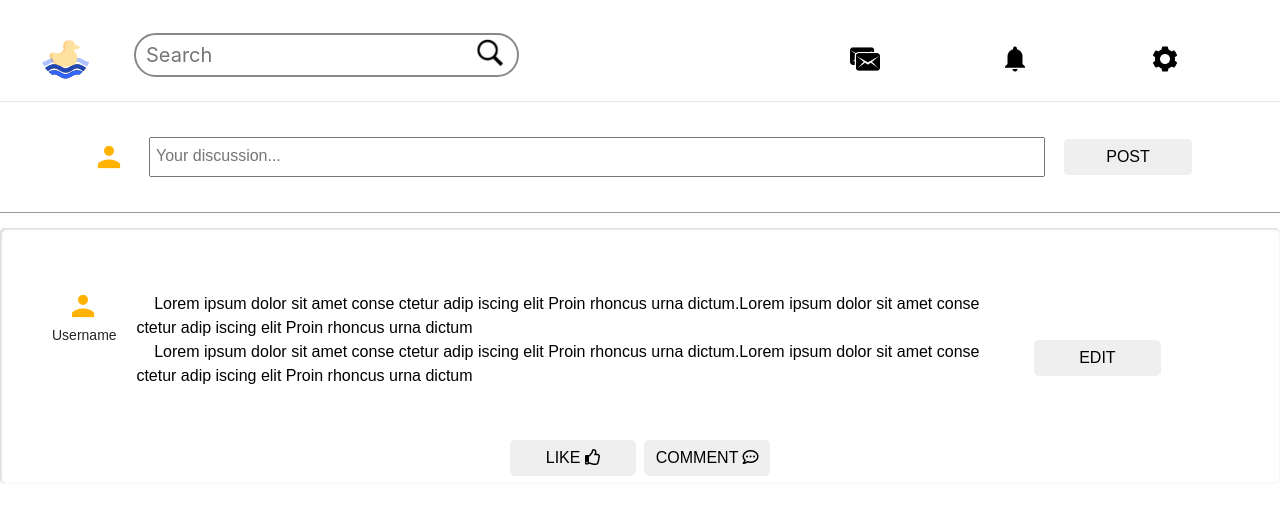
Repository: AOY311/DuckEdu
Page: discusion.html
An editor plug-in stored every save of this project. The page is shown before and after the next save, followed by the edit.
The browser window is 1280 px wide. The pictures show the whole page.
Some web libraries are served in a nearby version.

Above is the page before, as saved 2021-10-23 22:16:21.
Not found: comment.css

After the next save:
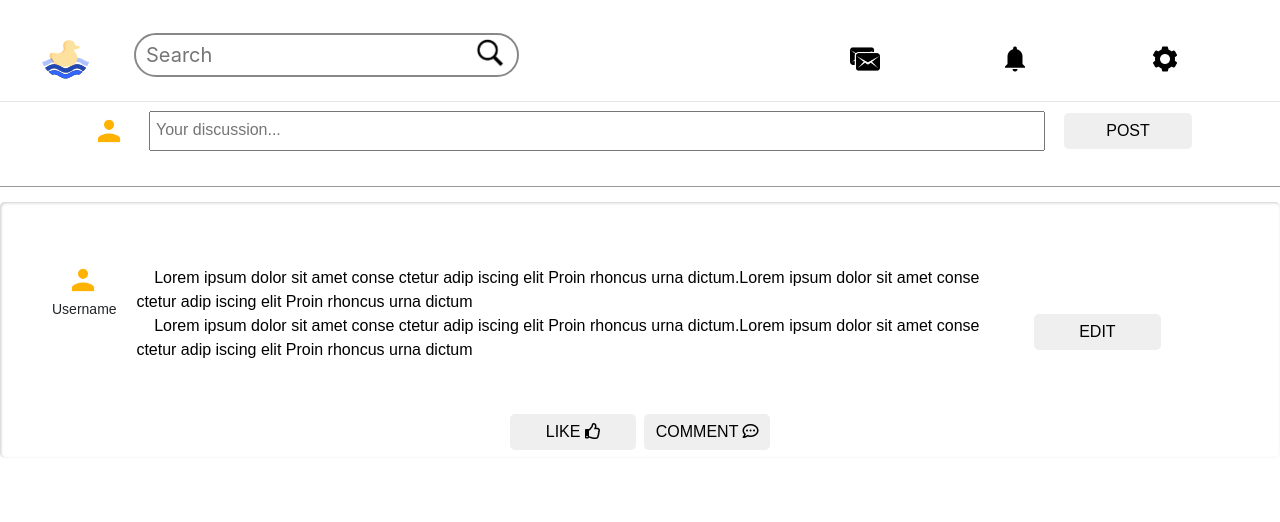
Saved 56 s later.
--- a/discusion.html
+++ b/discusion.html
@@ -20,7 +20,6 @@
             margin: 0;
             padding: 0;
             font-family: sans-serif;
-            margin-top: 26px;
         }
 
         .img-avt {
@@ -149,6 +148,16 @@
             justify-content: center;
             border-bottom: 1px solid #999;
             padding-bottom: 25px;
+        }
+
+        .active-like {
+            background-color: #74b9ff;
+            color: #fff;
+        }
+
+        .active-cmt {
+            background-color: #55efc4;
+            color: #fff;
         }
     </style>
 </head>
